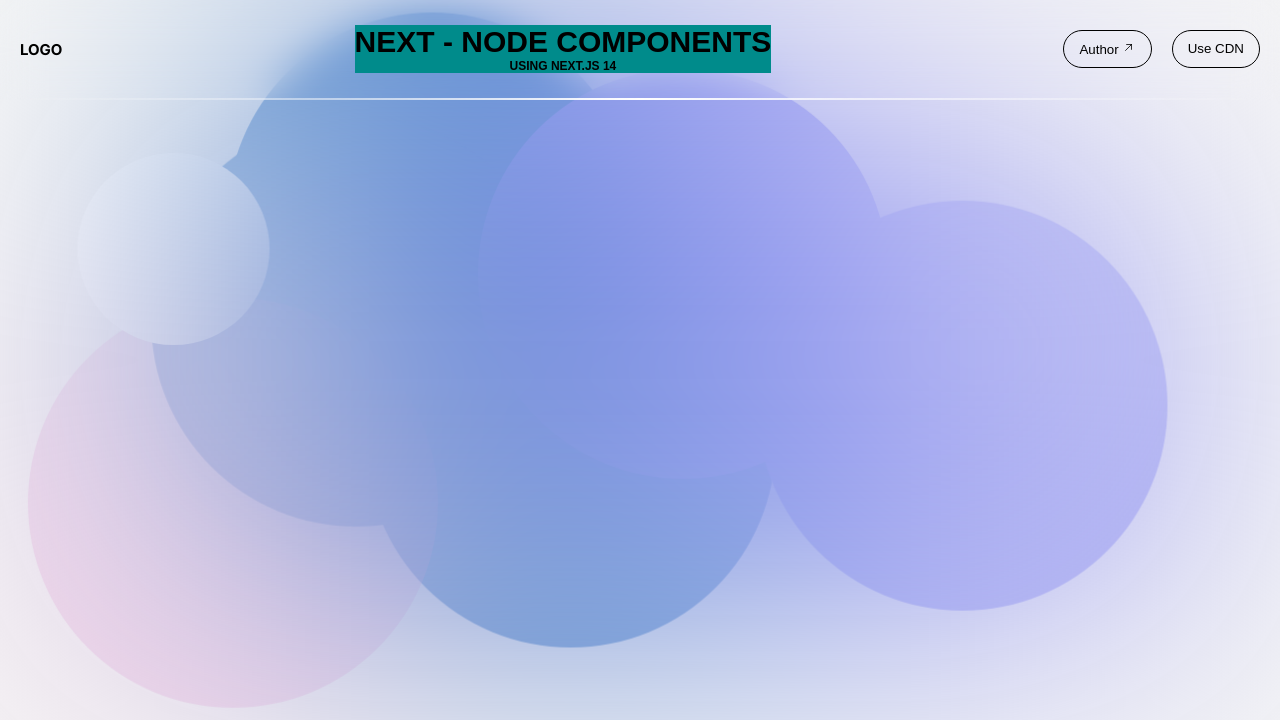
Repository: keval-gohil/komponents
Page: /
The author's editor kept a copy of each file at every save. The page is drawn from the files as they stood at one save, then again after the next save.
The browser window is 1280 px wide. The pictures show the whole page.
Some web fonts or font styles are not loaded; a fallback is used. The project was rebuilt for these pictures with package versions that can differ from the ones it lists, and the page was loaded fresh each time. The framework's server and built-in components were replaced by stand-ins that run in the browser. Also part of the build but not shown: next.config.mjs.

Above is the page before, as saved 2024-03-07 12:46:00.

### app/layout.js
import { Inter } from "next/font/google";
import "./globals.css";

const inter = Inter({ subsets: ["latin"] });

export const metadata = {
  title: "Komponents | Next-Node",
  description: "Generated by create next app",
};

export default function RootLayout({ children }) {
  return (
    <html lang="en" suppressHydrationWarning={true}>
      <body className={inter.className}>{children}</body>
    </html>
  );
}

### app/page.js
import Background from '@/components/reuse/background'
import Header from '@/components/reuse/header'
import React from 'react'

const page = () => {
  return (
    <>
      <Background />
      <Header />
    </>
  )
}

export default page

### app/globals.css

*,
*:before,
*:after {
	padding: 0;
	margin: 0;
	box-sizing: border-box;
	-webkit-tap-highlight-color: transparent;
}

html {
	scroll-behavior: smooth;
	font-size: 10px;
}

body {
	width: 100%;
	height: 100%;
	overflow-x: hidden;
	background-color: whitesmoke;
}

.bouncing-blob {
	width: 32vw;
	aspect-ratio: 1;
	border-radius: 50%;
	will-change: transform;
	position: absolute;
	z-index: 1;
	top: 0;
	left: 0;
	transform-origin: left top;
  }

  .bouncing-blob--blue {
	background: #4783c7;
  }

  .bouncing-blob--white {
	background: #ffffff;
	z-index: 2;
	width: 15vw;
  }

  .bouncing-blob--purple {
	background: #8c8ff1;
  }

  .bouncing-blob--pink {
	background: #e289cd50;
  }

  .bouncing-blobs-container {
	position: fixed;
	z-index: -1;
	top: 0;
	left: 0;
	width: 100%;
	height: 100%;
  }

  .bouncing-blobs-glass {
	position: absolute;
	z-index: 2;
	top: 0;
	left: 0;
	width: 100%;
	height: 100%;
	backdrop-filter: blur(140px);
	-webkit-backdrop-filter: blur(140px);
	pointer-events: none;
  }

  .bouncing-blobs {
	position: absolute;
	z-index: 1;
	top: 0;
	left: 0;
	width: 100%;
	height: 100%;
  }

  .main-content {
	display: flex;
	flex-direction: column;
	justify-content: center;
	align-items: center;
	width: 100%;
  }




  @media (max-width: 1200px) {
	.bouncing-blobs-glass {
	  backdrop-filter: blur(120px);
	  -webkit-backdrop-filter: blur(120px);
	}
  }

  @media (max-width: 500px) {
	.bouncing-blob {
	  width: 60vw;
	}
	.bouncing-blob--white {
	  width: 30vw;
	}
	.bouncing-blobs-glass {
	  backdrop-filter: blur(90px);
	  -webkit-backdrop-filter: blur(90px);
	}

  }

### components/reuse/background.js
'use client'
import React, { useEffect } from 'react';

const MIN_SPEED = 1.5;
const MAX_SPEED = 2.5;

function randomNumber(min, max) {
  return Math.random() * (max - min) + min;
}

class Blob {
  constructor(el) {
    this.el = el;
    const boundingRect = this.el.getBoundingClientRect();
    this.size = boundingRect.width;
    this.initialX = randomNumber(0, window.innerWidth - this.size);
    this.initialY = randomNumber(0, window.innerHeight - this.size);
    this.el.style.top = `${this.initialY}px`;
    this.el.style.left = `${this.initialX}px`;
    this.vx =
      randomNumber(MIN_SPEED, MAX_SPEED) * (Math.random() > 0.5 ? 1 : -1);
    this.vy =
      randomNumber(MIN_SPEED, MAX_SPEED) * (Math.random() > 0.5 ? 1 : -1);
    this.x = this.initialX;
    this.y = this.initialY;
  }

  update() {
    this.x += this.vx;
    this.y += this.vy;
    if (this.x >= window.innerWidth - this.size) {
      this.x = window.innerWidth - this.size;
      this.vx *= -1;
    }
    if (this.y >= window.innerHeight - this.size) {
      this.y = window.innerHeight - this.size;
      this.vy *= -1;
    }
    if (this.x <= 0) {
      this.x = 0;
      this.vx *= -1;
    }
    if (this.y <= 0) {
      this.y = 0;
      this.vy *= -1;
    }
  }

  move() {
    this.el.style.transform = `translate(${this.x - this.initialX}px, ${
      this.y - this.initialY
    }px)`;
  }
}

function Background() {
  useEffect(() => {
    const blobEls = document.querySelectorAll('.bouncing-blob');
    const blobs = Array.from(blobEls).map((blobEl) => new Blob(blobEl));

    function update() {
      requestAnimationFrame(update);
      blobs.forEach((blob) => {
        blob.update();
        blob.move();
      });
    }

    requestAnimationFrame(update);

    return () => cancelAnimationFrame(update);
  }, []);

  return (
    <div className="bouncing-blobs-container">
      <div className="bouncing-blobs-glass"></div>
      <div className="bouncing-blobs">
        <div className="bouncing-blob bouncing-blob--blue"></div>
        <div className="bouncing-blob bouncing-blob--blue"></div>
        <div className="bouncing-blob bouncing-blob--blue"></div>
        <div className="bouncing-blob bouncing-blob--white"></div>
        <div className="bouncing-blob bouncing-blob--purple"></div>
        <div className="bouncing-blob bouncing-blob--purple"></div>
        <div className="bouncing-blob bouncing-blob--pink"></div>
      </div>
    </div>
  );
}

export default Background;

### components/reuse/header.js
import React from 'react'
import Style from '@/components/reuse/styles/style.css'

const Header = () => {
  return (
    <>
        <nav>
            <h1>LOGO</h1>
            <h2>Next - Node Components<span>using Next.js 14</span></h2>
            <div>
              <button>Author <i className='mynaui--arrow-up-right'></i></button>
              <button>Use CDN</button>
            </div>
        </nav>
    </>
  )
}

export default Header

### components/reuse/styles/style.css
@import url('https://fonts.googleapis.com/css2?family=Anta&display=swap');


nav{
    display: flex;
    justify-content: space-between;
    align-items: center;
    background: transparent;
    backdrop-filter: blur(20px);
    height: 10rem;
    border-bottom: 0.2rem solid transparent;
    border-image: linear-gradient(0.25turn, rgba(56,2,155,0), #fff, rgba(56,2,155,0));
    border-image-slice: 1;
    padding: 0 2rem;
}

nav h2{
    display: flex;
    flex-direction: column;
    text-align: center;
    font-family: "Anta", sans-serif;
    text-transform: uppercase;
    font-size: 3rem;
    background: darkcyan;
}
nav h2 span{
    font-size: 1.2rem;
    margin: 0;
    padding: 0;
}

nav div{
    display: flex;
    gap: 2rem;
}
nav div button{
    padding: 1rem 1.5rem;
    border: 0.1rem solid #000;
    border-radius: 2rem;
    background: transparent;
}
nav div button .mynaui--arrow-up-right {
    display: inline-block;
    width: 1em;
    height: 1em;
    --svg: url("data:[embedded picture, 231 characters]");
    background-color: currentColor;
    -webkit-mask-image: var(--svg);
    mask-image: var(--svg);
    -webkit-mask-repeat: no-repeat;
    mask-repeat: no-repeat;
    -webkit-mask-size: 100% 100%;
    mask-size: 100% 100%;
  }

After the next save:
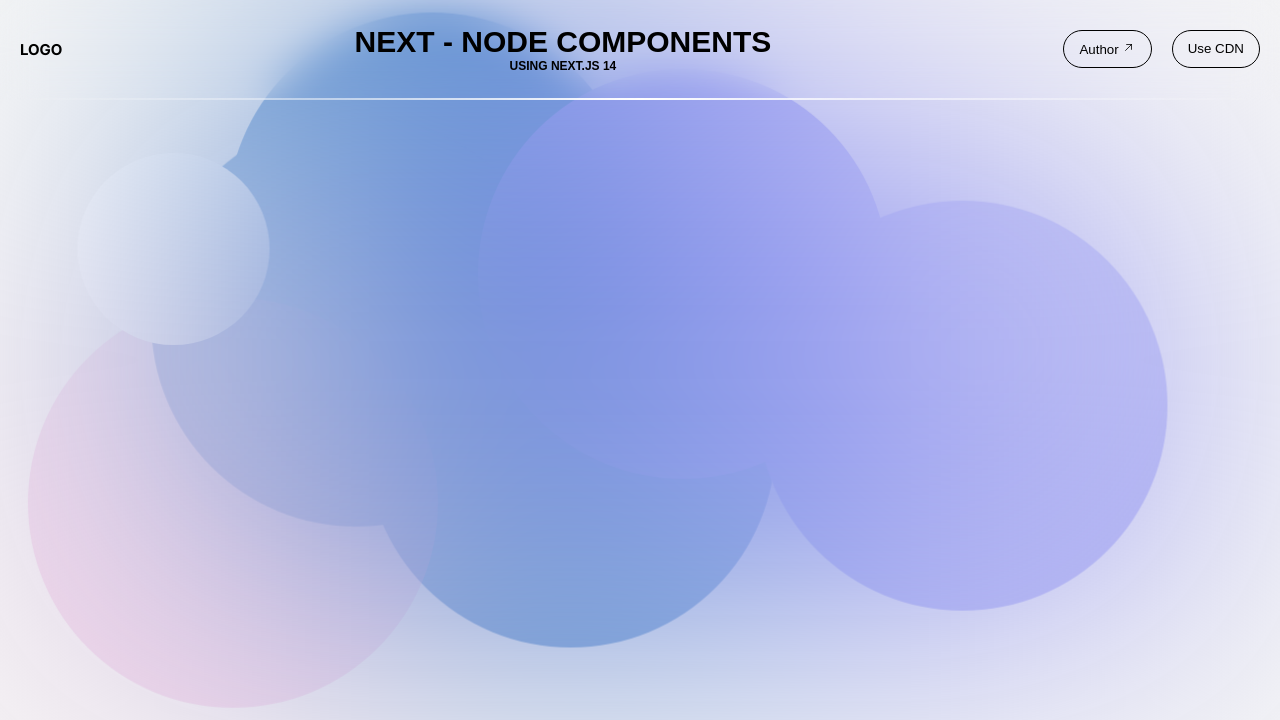
Saved 47 s later.
--- a/components/reuse/styles/style.css
+++ b/components/reuse/styles/style.css
@@ -21,7 +21,6 @@
     font-family: "Anta", sans-serif;
     text-transform: uppercase;
     font-size: 3rem;
-    background: darkcyan;
 }
 nav h2 span{
     font-size: 1.2rem;
